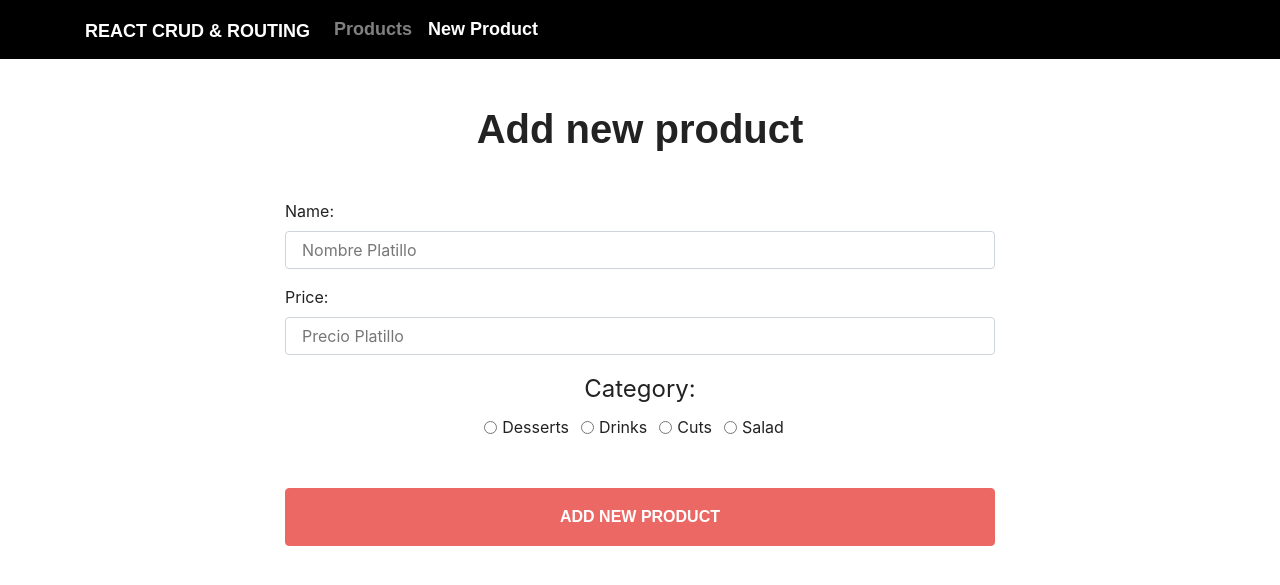
Repository: ppfeliuu/routercrudreact
Page: /new
An editor plug-in stored every save of this project. The page is shown before and after the next save, followed by the edit.
The browser window is 1280 px wide. The pictures show the whole page.
Some web fonts or font styles are not loaded; a fallback is used. The project was rebuilt for these pictures with package versions that can differ from the ones it lists, and the page was loaded fresh each time. Requests to the local data server were answered from the project's data file. Also part of the build but not shown: src/components/ProductoLista.js, src/components/Productos.js, src/components/Producto.js, src/components/EditarProducto.js.

Above is the page before, as saved 2019-06-26 11:10:15.

### public/index.html
<!DOCTYPE html>
<html lang="en">
  <head>
    <meta charset="utf-8" />
    <link rel="shortcut icon" href="%PUBLIC_URL%/rc.png" />
    <meta name="viewport" content="width=device-width, initial-scale=1" />
    <meta name="theme-color" content="#000000" />
    <!--
      manifest.json provides metadata used when your web app is installed on a
      user's mobile device or desktop. See https://developers.google.com/web/fundamentals/web-app-manifest/
    -->
    <link rel="manifest" href="%PUBLIC_URL%/manifest.json" />
    <link rel="stylesheet" href="/css/bootstrap.min.css">
    <!--
      Notice the use of %PUBLIC_URL% in the tags above.
      It will be replaced with the URL of the `public` folder during the build.
      Only files inside the `public` folder can be referenced from the HTML.

      Unlike "/favicon.ico" or "favicon.ico", "%PUBLIC_URL%/favicon.ico" will
      work correctly both with client-side routing and a non-root public URL.
      Learn how to configure a non-root public URL by running `npm run build`.
    -->
    <title>React App</title>
  </head>
  <body>
    <noscript>You need to enable JavaScript to run this app.</noscript>
    <div id="root"></div>
    <!--
      This HTML file is a template.
      If you open it directly in the browser, you will see an empty page.

      You can add webfonts, meta tags, or analytics to this file.
      The build step will place the bundled scripts into the <body> tag.

      To begin the development, run `npm start` or `yarn start`.
      To create a production bundle, use `npm run build` or `yarn build`.
    -->
  </body>
</html>

### src/App.js
import React, { useEffect, useState } from 'react';
import { BrowserRouter as Router, Route, Switch }  from 'react-router-dom';
import Productos from './components/Productos';
import Producto from './components/Producto';
import EditarProducto from './components/EditarProducto';
import AgregarProducto from './components/AgregarProducto';
import Header from './components/Header';
import axios from 'axios';


function App() {

  const [productos, guardarProductos] = useState([]);

  useEffect(() => {
    const consultarAPI = async () => {
      const resultado = await axios.get('http://localhost:4000/restaurant');

      // console.log(resultado.data);
      guardarProductos(resultado.data);
    }
    consultarAPI();
  }, [])

  return (
    <Router>
      <Header />
      <main className="container mt-5">
      <Switch>
        <Route exact path="/products" render={ () => (
              <Productos
                productos={productos}
              />
            )}
        />
        <Route exact path="/new" component={AgregarProducto} />
        <Route exact path="/products/:id" component={Producto} />
        <Route exact path="/products/edit/:id" component={EditarProducto} />
      </Switch>
      </main>
    </Router>
  );
}

export default App;

### src/components/AgregarProducto.js
import React from "react";

function AgregarProducto() {
  return (
    <div className="col-md-8 mx-auto ">
      <h1 className="text-center">Add new product</h1>

      <form className="mt-5">
        <div className="form-group">
          <label>Name:</label>
          <input
            type="text"
            className="form-control"
            name="nombre"
            placeholder="Nombre Platillo"
          />
        </div>

        <div className="form-group">
          <label>Price:</label>
          <input
            type="number"
            className="form-control"
            name="precio"
            placeholder="Precio Platillo"
          />
        </div>

        <legend className="text-center">Category:</legend>
        <div className="text-center">
          <div className="form-check form-check-inline">
            <input
              className="form-check-input"
              type="radio"
              name="categoria"
              value="postre"
            />
            <label className="form-check-label">Desserts</label>
          </div>
          <div className="form-check form-check-inline">
            <input
              className="form-check-input"
              type="radio"
              name="categoria"
              value="bebida"
            />
            <label className="form-check-label">Drinks</label>
          </div>

          <div className="form-check form-check-inline">
            <input
              className="form-check-input"
              type="radio"
              name="categoria"
              value="cortes"
            />
            <label className="form-check-label">Cuts</label>
          </div>

          <div className="form-check form-check-inline">
            <input
              className="form-check-input"
              type="radio"
              name="categoria"
              value="ensalada"
            />
            <label className="form-check-label">Salad</label>
          </div>
        </div>

        <input
          type="submit"
          className="font-weight-bold text-uppercase mt-5 btn btn-primary btn-block py-3"
          value="Add New Product"
        />
      </form>
    </div>
  );
}

export default AgregarProducto;

### src/components/Header.js
import React from 'react';
import { Link, NavLink } from 'react-router-dom';

const Header = () => (
    <nav className="navbar navbar-expand-lg navbar-dark bg-dark">
        <div className="container">
            <Link to="/products" className="navbar-brand">
                React CRUD & Routing
            </Link>

            <ul className="navbar-nav mr-auto">
                <li className="nav-item">
                    <NavLink to="/products" className="nav-link" activeClassName="active">Products</NavLink>
                </li>
                <li className="nav-item">
                    <NavLink to="/new" className="nav-link" activeClassName="active">New Product</NavLink>
                </li>
            </ul>
        </div>
    </nav>
);


export default Header;

### db.json
{
    "restaurant": [
        {
            "precioPlatillo": "200",
            "nombrePlatillo": "Cheescake",
            "categoria": "Postres",
            "id": 1
        },
        {
            "precioPlatillo": "300",
            "nombrePlatillo": "Rib Eye 400g",
            "categoria": "Cortes",
            "id": 2
        }
    ]
}

Loaded but not shown: src/index.js (common file); src/serviceWorker.js (common file); public/css/bootstrap.min.css (library)

After the next save:
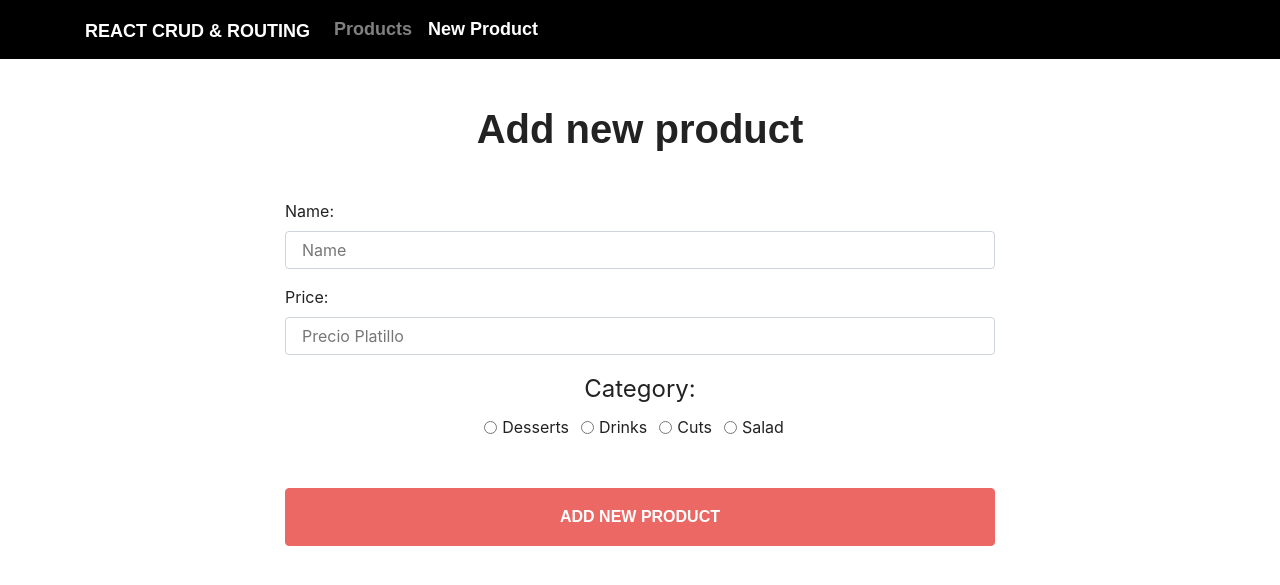
Saved 3 min 45 s later.
--- a/src/components/AgregarProducto.js
+++ b/src/components/AgregarProducto.js
@@ -1,6 +1,14 @@
-import React from "react";
+import React, { useState } from "react";
 
 function AgregarProducto() {
+
+    const [nombrePlatillo, guardarNombre ] = useState('');
+    const [precio, guardarPrecio] = useState('');
+    const [categoria, guardarCategoria] = useState('');
+
+
+
+
   return (
     <div className="col-md-8 mx-auto ">
       <h1 className="text-center">Add new product</h1>
@@ -12,7 +20,8 @@ function AgregarProducto() {
             type="text"
             className="form-control"
             name="nombre"
-            placeholder="Nombre Platillo"
+            placeholder="Name"
+            onChange={e => guardarNombre(e.target.value)}
           />
         </div>
 
